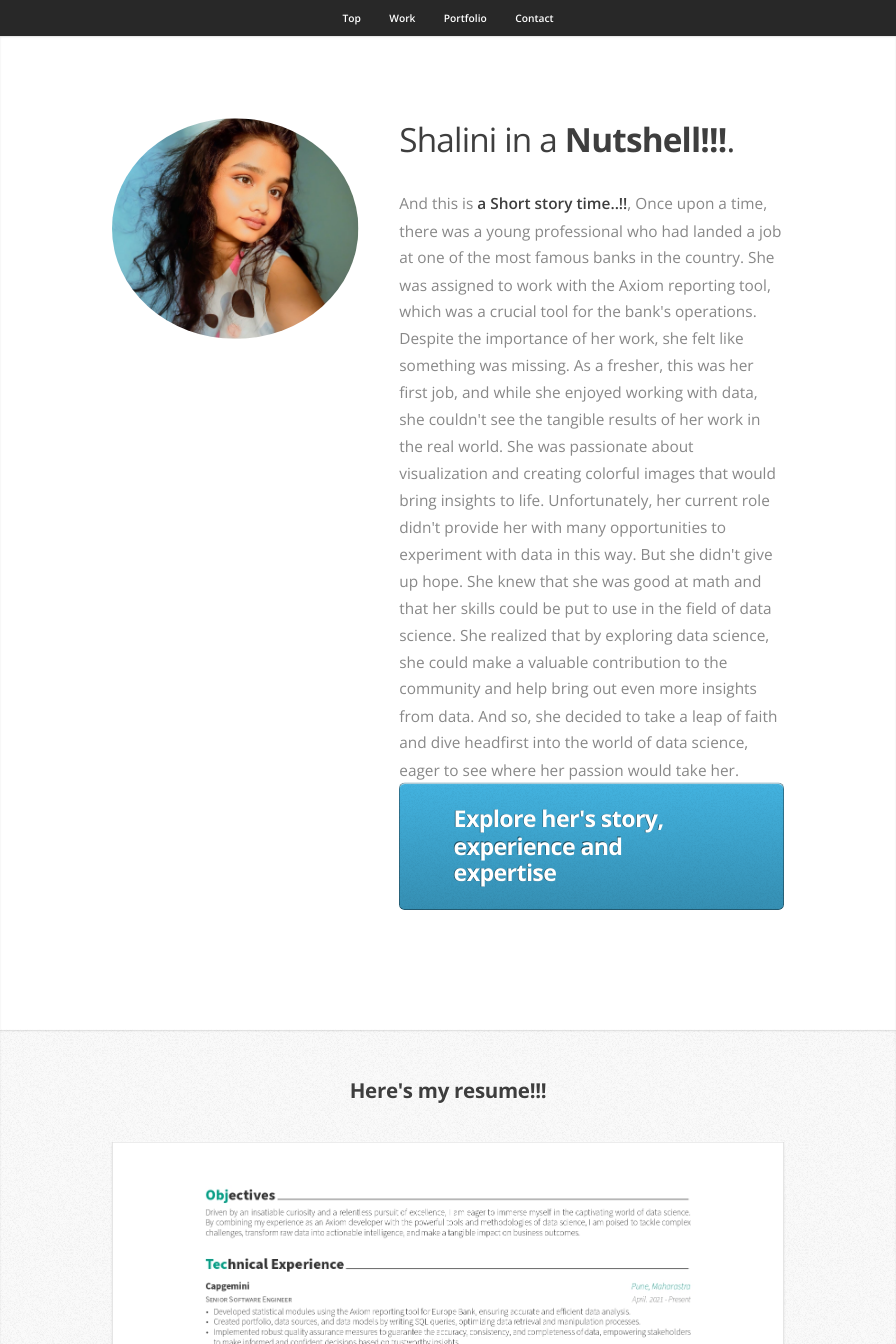
Repository: Shalini-Nanda-ds/Shalini-s-portfolio
Page: index.html
These files come from the project's save history. The page is drawn as it stood at one moment and after the next save; the edit follows.
The browser window is 1280 px wide. The pictures show the part of the page from y = 0 to 1920 px (the page is 4530 px tall), at 70% of full size.

Above is the page before, as saved 2025-03-18 21:49:53.

After the next save:
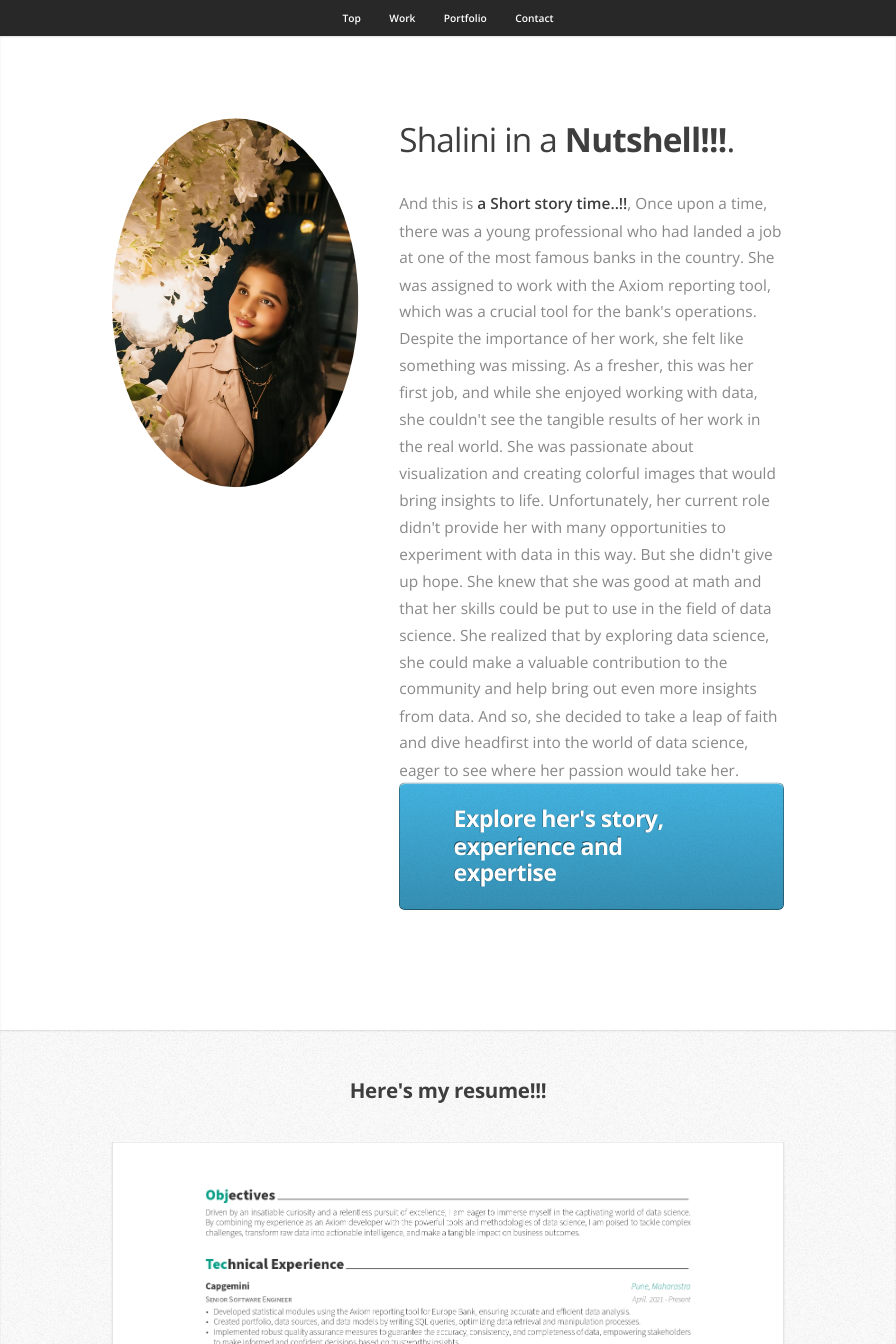
Saved 2 days later.
--- a/index.html
+++ b/index.html
@@ -28,7 +28,7 @@
 				<div class="container">
 					<div class="row">
 						<div class="col-4 col-5-large col-12-medium">
-							<span class="image fit"><img src="images\new_profile1.jpeg" alt="" /></span>
+							<span class="image fit"><img src="images\WhatsApp Image 2025-03-21 at 11.20.08 AM (1).jpeg" alt="" /></span>
 						</div>
 						<div class="col-8 col-7-large col-12-medium">
 							<header>
